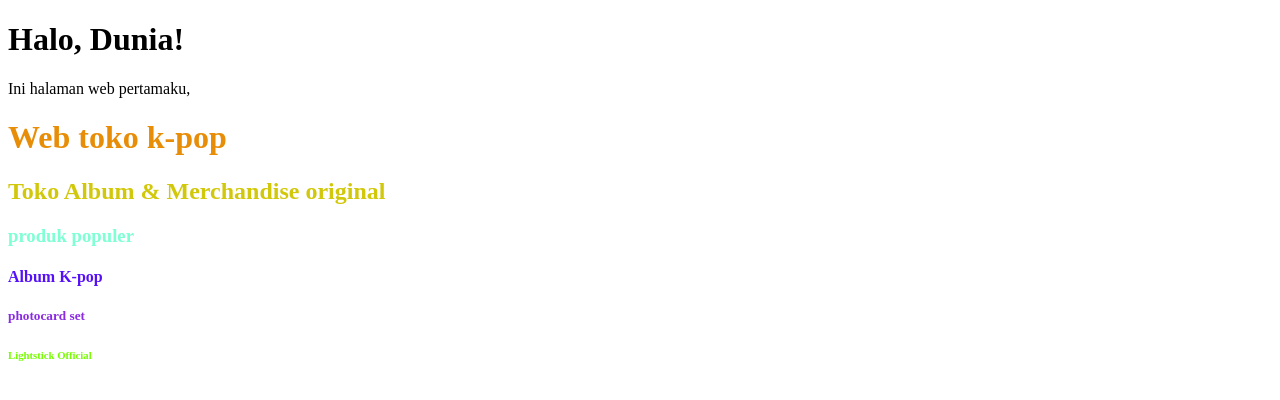
Repository: sekartazivi/241552010020-Web-Application-Development
Page: test.html
These files come from the project's save history. The page is drawn as it stood at one moment and after the next save; the edit follows.
The browser window is 1280 px wide. The pictures show the whole page.

Above is the page before, as saved 2026-02-20 08:39:59.

### test.html
<!DOCTYPE html>
<html lang="en">
<head>
    <meta charset="UTF-8">
    <meta name="viewport" content="width=device-width, initial-scale=<,>">
    <title>Document</title>
</head>
<body>
    <h1 style="color: black;">Halo, Dunia!</h1>
    <p>Ini halaman web pertamaku,</p>
    <h1 style="color: rgb(231, 141, 8);">Web toko k-pop</h1>
    <h2 style="color: rgb(210, 200, 11);">Toko Album & Merchandise original</h2>
    <h3 style="color: aquamarine;" >produk populer</h3>
    <h4 style="color: rgb(86, 16, 247);" >Album K-pop</h4>
    <h5 style="color: blueviolet;">photocard set</h5>
    <h6 style="color: rgb(119, 255, 0);">Lightstick Official</h6>
</body>
</html>

After the next save:
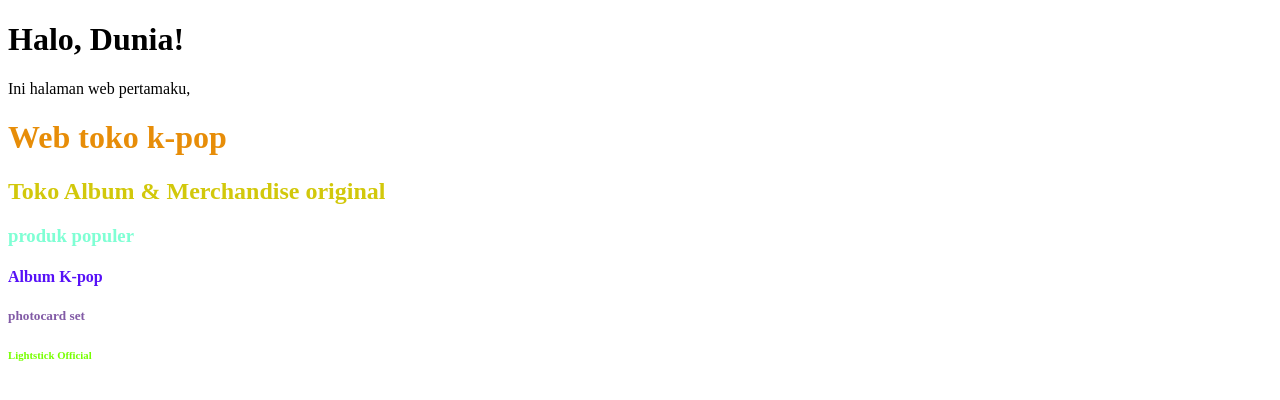
Saved 10 s later.
--- a/test.html
+++ b/test.html
@@ -12,7 +12,7 @@
     <h2 style="color: rgb(210, 200, 11);">Toko Album & Merchandise original</h2>
     <h3 style="color: aquamarine;" >produk populer</h3>
     <h4 style="color: rgb(86, 16, 247);" >Album K-pop</h4>
-    <h5 style="color: blueviolet;">photocard set</h5>
+    <h5 style="color: rgb(130, 91, 166);">photocard set</h5>
     <h6 style="color: rgb(119, 255, 0);">Lightstick Official</h6>
 </body>
 </html>
